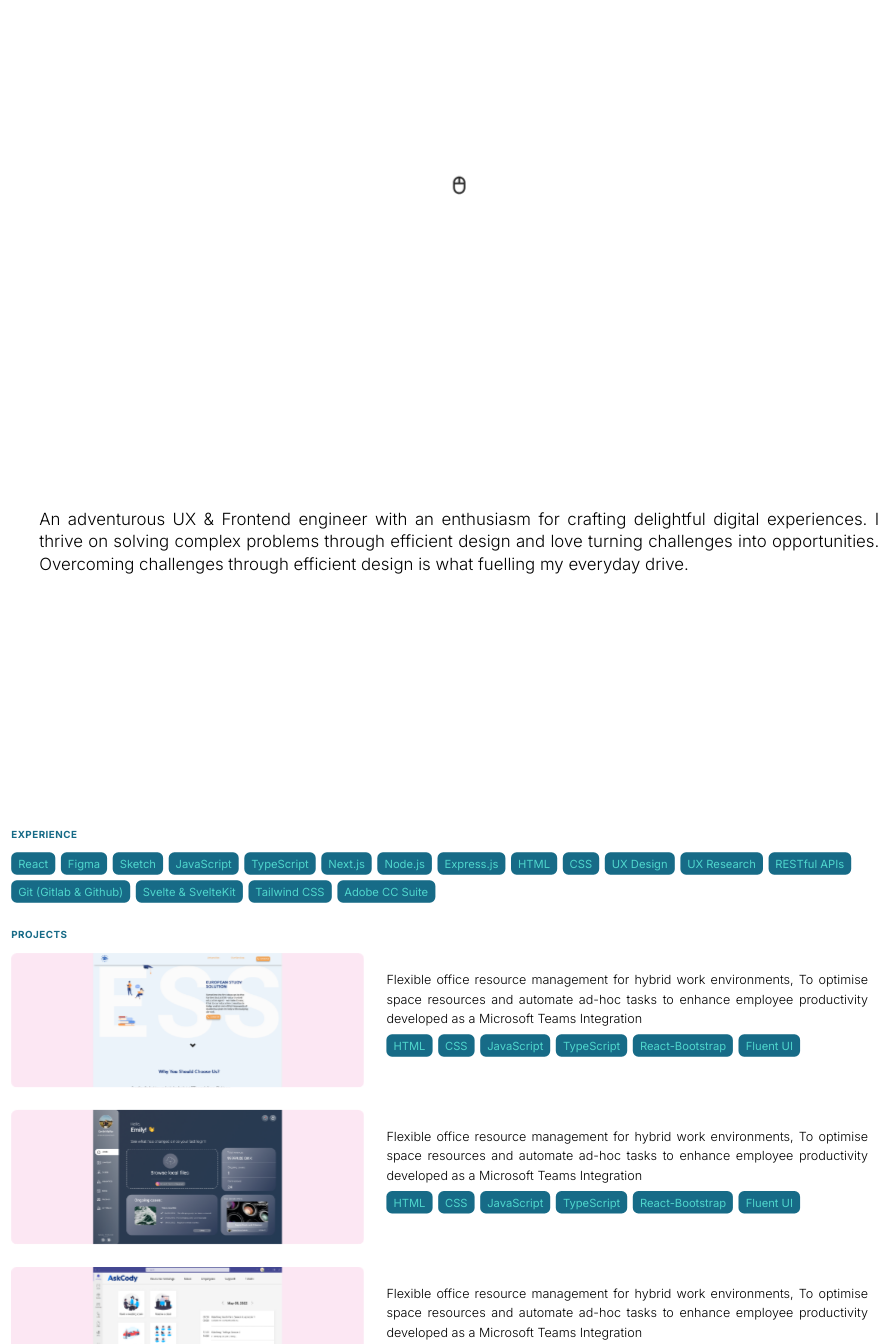
Repository: TheMarcellVarga/personal-portfolio-v.2
Page: /
These files come from the project's save history. The page is drawn as it stood at one moment and after the next save; the edit follows.
The browser window is 1280 px wide. The pictures show the part of the page from y = 392 to 2312 px (the page is 2481 px tall before and 4065 px after), at 70% of full size.
The project was rebuilt for these pictures with package versions that can differ from the ones it lists, and the page was loaded fresh each time. The framework's server and built-in components were replaced by stand-ins that run in the browser. Also part of the build but not shown: next.config.mjs.

Above is the page before, as saved 2024-04-25 01:00:50.

After the next save:
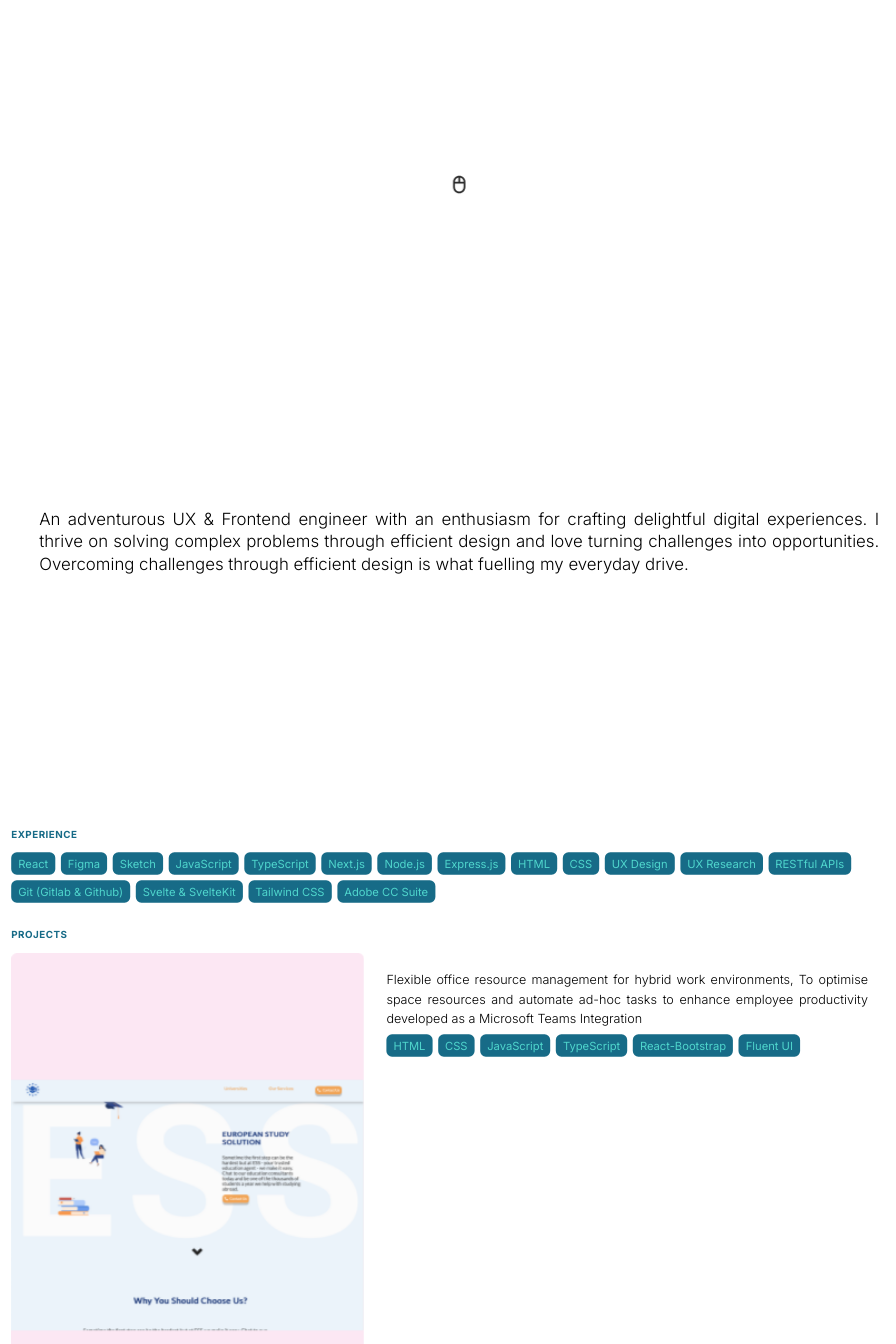
Saved 9 s later.
--- a/app/page.tsx
+++ b/app/page.tsx
@@ -240,7 +240,7 @@
             {projects.map((project) => (
               <div key={project.title} className="flex gap-2">
                 <div className="w-full h-full relative rounded-lg overflow-hidden y-5">
-                  <div className="bg-pink-100 w-full h-48">
+                  <div className="bg-pink-100 w-full h-screen">
                     <Image
                       src={project.image} // Use the image path from the project object
                       alt={project.title} // Use the project title as the alt text

After the 5 saves that followed:
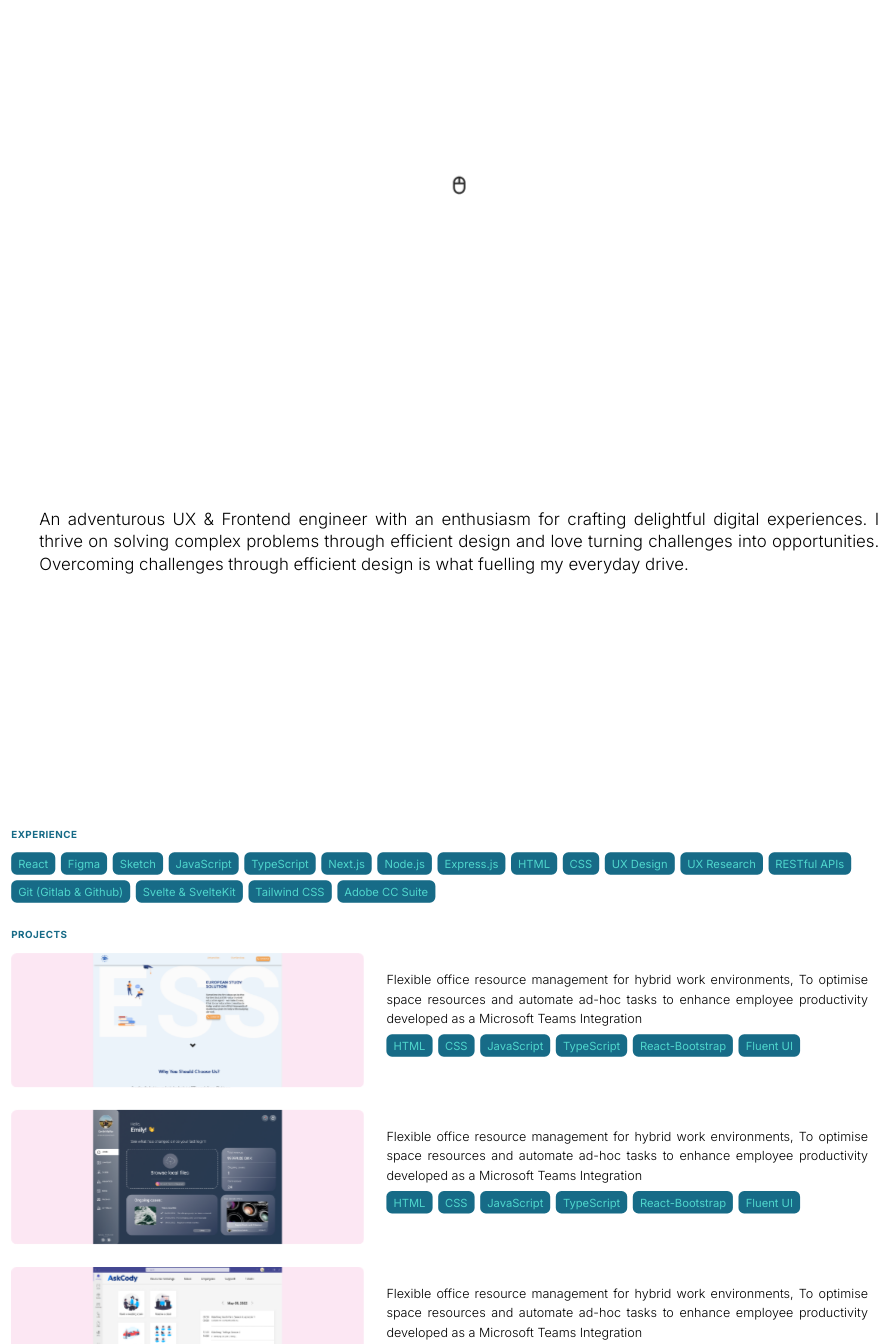
The 5 saves are shown as one change because they came seconds apart.
The last was saved 16 s later.
--- a/app/page.tsx
+++ b/app/page.tsx
@@ -240,7 +240,7 @@
             {projects.map((project) => (
               <div key={project.title} className="flex gap-2">
                 <div className="w-full h-full relative rounded-lg overflow-hidden y-5">
-                  <div className="bg-pink-100 w-full h-screen">
+                  <div className="bg-pink-100 w-full h-48">
                     <Image
                       src={project.image} // Use the image path from the project object
                       alt={project.title} // Use the project title as the alt text
